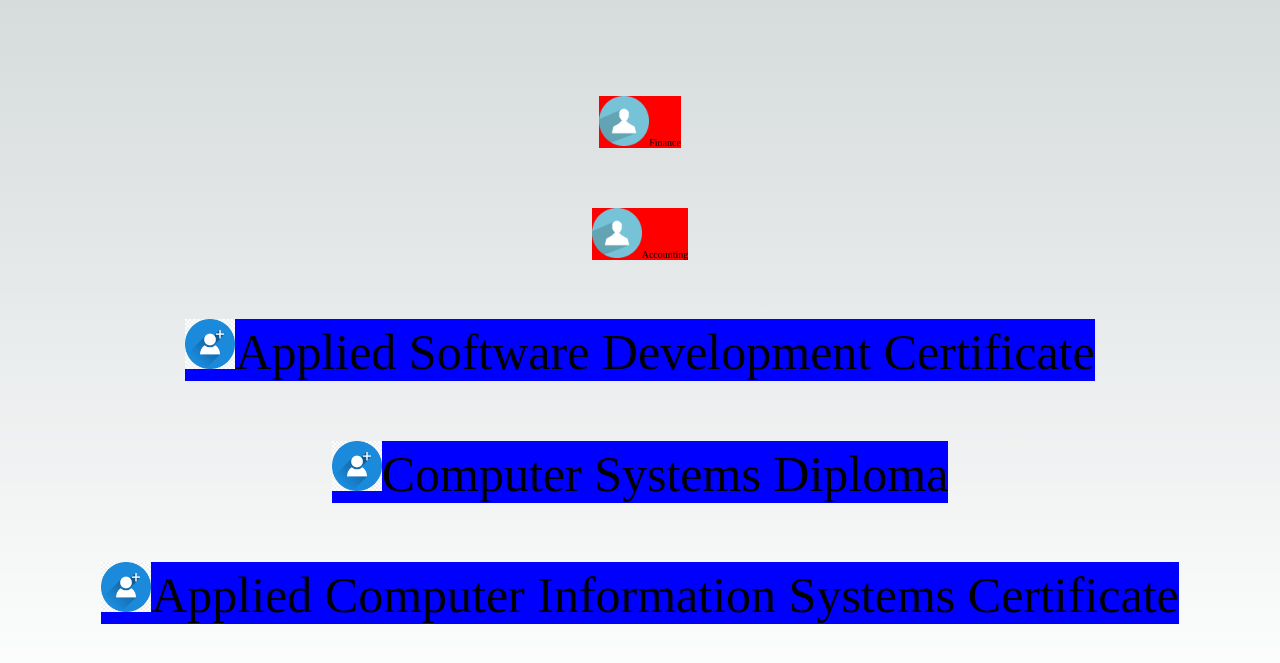
Repository: giovanabirck/mdia2109-class03
Page: / (app in example.map/)
These files come from the project's save history. The page is drawn as it stood at one moment and after a run of saves; the edit follows.
The browser window is 1280 px wide. The pictures show the whole page.
The project was rebuilt for these pictures with package versions that can differ from the ones it lists, and the page was loaded fresh each time. The framework's server and built-in components were replaced by stand-ins that run in the browser. Also part of the build but not shown: example.map/next.config.js.

Above is the page before, as saved 2023-01-19 15:30:58.

### example.map/pages/index.js
import Head from 'next/head'
import Image from 'next/image'
import { Inter } from '@next/font/google'
import styles from '@/styles/Home.module.css'
import data from '../data/education.json'
import { useState } from 'react'
import Card from '@/components/card'
import Link from 'next/link'

const inter = Inter({ subsets: ['latin'] })

export default function Home() {

  console.log(data);
  const [information, setInformation] = useState([...data]);


  return (
    <>
      <Head>
        <title>Create Next App</title>
        <meta name="description" content="Generated by create next app" />
        <meta name="viewport" content="width=device-width, initial-scale=1" />
        <link rel="icon" href="/favicon.ico" />
      </Head>
      <main className={styles.main}>


        {
          information && information.map((info, index) => {
            if(info.department.toLowerCase() === "business") {
              return(
                <Card key={index} degree={info.degree} color="red"font="10px"/>
              )
            }
          })
        }

        {
          information && information.map((info, index) => {
            if(info.department.toLowerCase() === "computing") {
              return(
                <Card key={index} degree={info.degree} color="blue"font="50px"/>
              )
            }
          })
        }
      </main>

    </>
  )
}

### example.map/data/education.json
[
        {
            "studentNumber": "A0004567",
            "firstName": "Person 1",
            "gpa": 3.8,
            "department": "Business",
            "degree": "Finance",
            "graduted": 2014
        },
        {
            "studentNumber": "A0001234",
            "firstName": "Person 2",
            "gpa": 3.5,
            "department": "Business",
            "degree": "Accounting",
            "graduted": 2010
        },
        {
            "studentNumber": "A0007890",
            "firstName": "Person 3",
            "gpa": 3.2,
            "department": "Computing",
            "degree": "Applied Software Development Certificate",
            "graduted": 2018
        },
        {
            "studentNumber": "A0007828",
            "firstName": "Person 4",
            "gpa": 3.9,
            "department": "Computing",
            "degree": "Computer Systems Diploma",
            "graduted": 2021
        },
        {
            "studentNumber": "A0003425",
            "firstName": "Person 5",
            "gpa": 3.2,
            "department": "Computing",
            "degree": "Applied Computer Information Systems Certificate",
            "graduted": 2021
        }
]

### example.map/components/card/index.js

export default function Card({
    degree  =   "none",
    color   =   "purple",
    font    =   "0",
    image   =   "icon/personTwo.png"
}) {

    return(
        <div style={{backgroundColor: color, fontSize:font}}>
            {
                color === "red"     ?   <img src={'icon/person.png'} width='50'/> :
                color === "blur"    ?   <img src={'icon/personThree.png'} width='50'/> :
                                        <img src={image} width='50'/>
            }
            {degree}
        </div>
    )
}

Loaded but not shown: example.map/pages/_app.js (common file); example.map/pages/_document.js (common file); example.map/styles/globals.css (common file); example.map/styles/Home.module.css (common file)

After the next 2 saves:
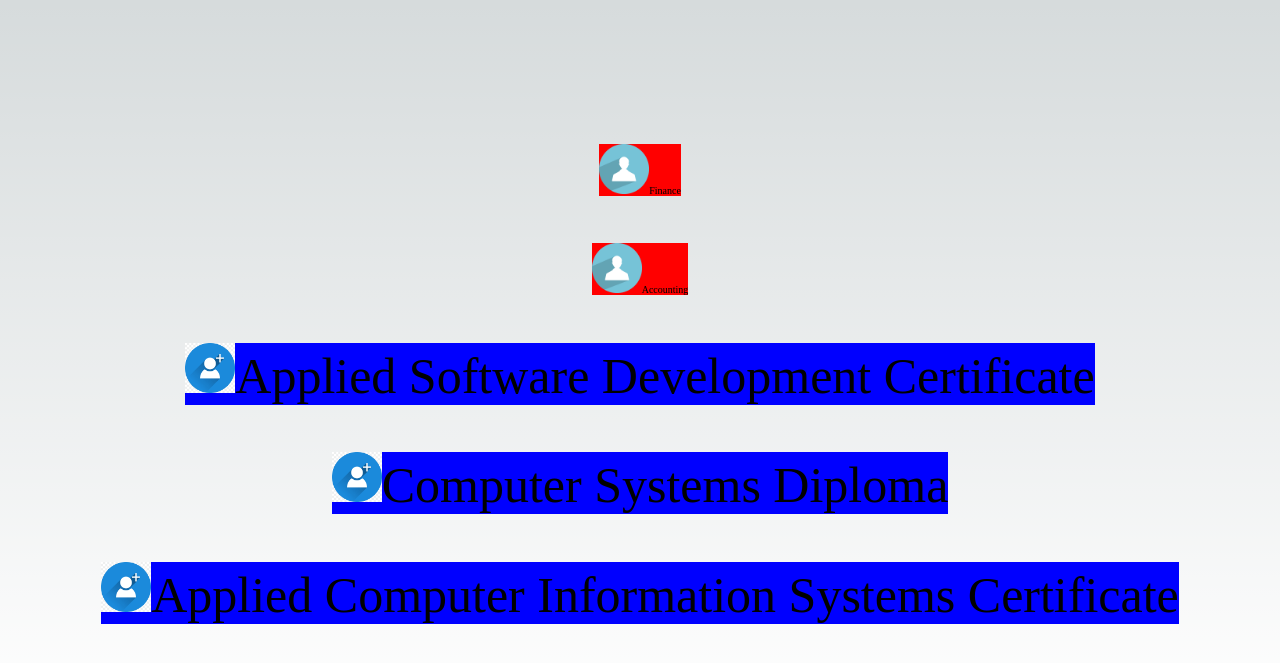
The 2 saves are shown as one change because 1 did not build or start.
The last was saved 5 s later.
--- a/example.map/pages/index.js
+++ b/example.map/pages/index.js
@@ -24,7 +24,7 @@ export default function Home() {
         <link rel="icon" href="/favicon.ico" />
       </Head>
       <main className={styles.main}>
-
+        <Link></Link>
 
         {
           information && information.map((info, index) => {
